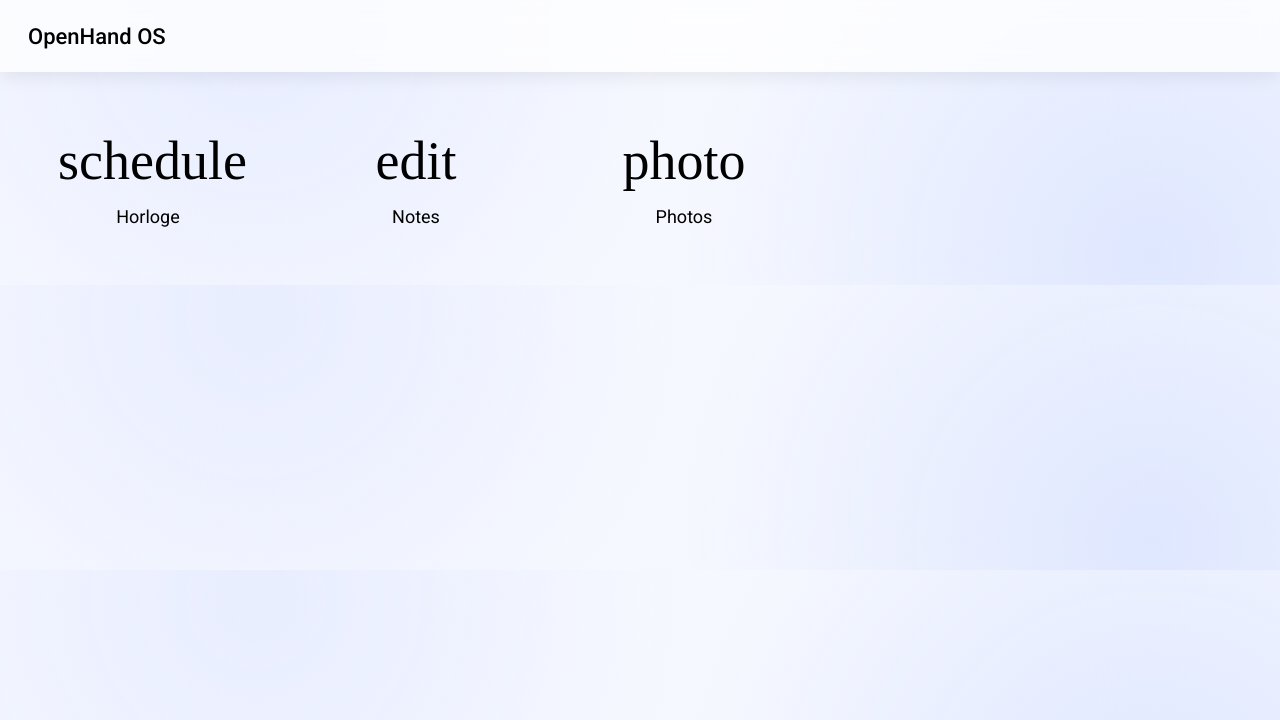
Repository: nlagardere/OpenHand
Page: index.html
An editor plug-in stored every save of this project. The page is shown before and after the next save, followed by the edit.
The browser window is 1280 px wide. The pictures show the whole page.
Some web fonts or font styles are not loaded; a fallback is used.

Above is the page before, as saved 2026-01-30 21:13:08.

### index.html
<!DOCTYPE html>
<html lang="fr">
<head>
<meta charset="UTF-8">
<title>OpenHand OS</title>

<link href="https://fonts.googleapis.com/css2?family=Roboto:wght@400;500;700&family=Material+Symbols+Rounded" rel="stylesheet">

<!-- Material Web officiel -->
<script type="importmap">
{
  "imports": {
    "@material/web/": "https://esm.run/@material/web/"
  }
}
</script>

<script type="module">
  import '@material/web/button/filled-tonal-button.js';
  import '@material/web/card/elevated-card.js';
</script>

<link rel="stylesheet" href="style.css">
</head>

<body>

<div id="topbar">
  <span>OpenHand OS</span>
</div>

<div id="desktop"></div>

<!-- Fenêtre app plein écran -->
<div id="appWindow">
  <div id="appBar">
    <md-filled-tonal-button onclick="closeApp()">
      Retour
    </md-filled-tonal-button>
  </div>

  <iframe id="appFrame"></iframe>
</div>

<script src="main.js"></script>

</body>
</html>

### style.css
body {
  margin:0;
  font-family: Roboto, sans-serif;
  background:
    radial-gradient(circle at 20% 10%, #e8edff, transparent 40%),
    radial-gradient(circle at 90% 90%, #dfe7ff, transparent 40%),
    #f6f8ff;
}

/* Top bar */

#topbar {
  height:72px;
  display:flex;
  align-items:center;
  padding:0 28px;
  font-size:22px;
  font-weight:500;
  background:rgba(255,255,255,.75);
  backdrop-filter: blur(12px);
  box-shadow:0 4px 18px rgba(0,0,0,.08);
}

/* Desktop grid */

#desktop {
  padding:28px;
  display:grid;
  grid-template-columns:repeat(auto-fill,minmax(200px,240px));
  justify-content:start;
  gap:28px;

  animation: desktopIn .5s cubic-bezier(.2,.8,.2,1);
}

@keyframes desktopIn {
  from {
    opacity:0;
    transform:translateY(20px) scale(.98);
  }
  to {
    opacity:1;
    transform:translateY(0) scale(1);
  }
}

/* Material cards wrapper */

.app-card {
  cursor:pointer;
  transition:
    transform .22s cubic-bezier(.2,.8,.2,1),
    filter .22s;
}

.app-card:hover {
  transform:translateY(-8px) scale(1.04);
  filter:brightness(1.04);
}

.app-inner {
  padding:30px;
  text-align:center;
}

.icon {
  font-family:"Material Symbols Rounded";
  font-size:54px;
  display:block;
  margin-bottom:14px;
}

/* Fenêtre app plein écran */

#appWindow {
  position:fixed;
  inset:0;
  background:white;
  display:none;
  flex-direction:column;
  z-index:999;

  border-radius:28px;
  overflow:hidden;
}

#appWindow.open {
  display:flex;
  animation: appOpen .42s cubic-bezier(.2,.9,.2,1);
}

@keyframes appOpen {
  0% {
    opacity:0;
    transform:scale(.96);
    filter:blur(8px);
  }
  100% {
    opacity:1;
    transform:scale(1);
    filter:blur(0);
  }
}

#appBar {
  padding:16px;
  background:#f3f5ff;
  box-shadow:0 2px 10px rgba(0,0,0,.06);
}

iframe {
  flex:1;
  border:none;
}

### main.js
const apps = [
  {name:"Horloge", icon:"schedule", url:"apps/clock.html"},
  {name:"Notes", icon:"edit", url:"apps/notes.html"},
  {name:"Photos", icon:"photo", url:"apps/photos.html"}
];

const desktop = document.getElementById("desktop");

apps.forEach(app => {

  const card = document.createElement("md-elevated-card");
  card.className = "app-card";

  card.innerHTML = `
    <div class="app-inner">
      <span class="icon">${app.icon}</span>
      <div style="margin-top:12px;font-size:18px">${app.name}</div>
    </div>
  `;

  card.onclick = () => openApp(app.url);
  desktop.appendChild(card);
});

function openApp(url){
  document.getElementById("appFrame").src = url;
  document.getElementById("appWindow").classList.add("open");
}

function closeApp(){
  document.getElementById("appWindow").classList.remove("open");
}

After the next save:
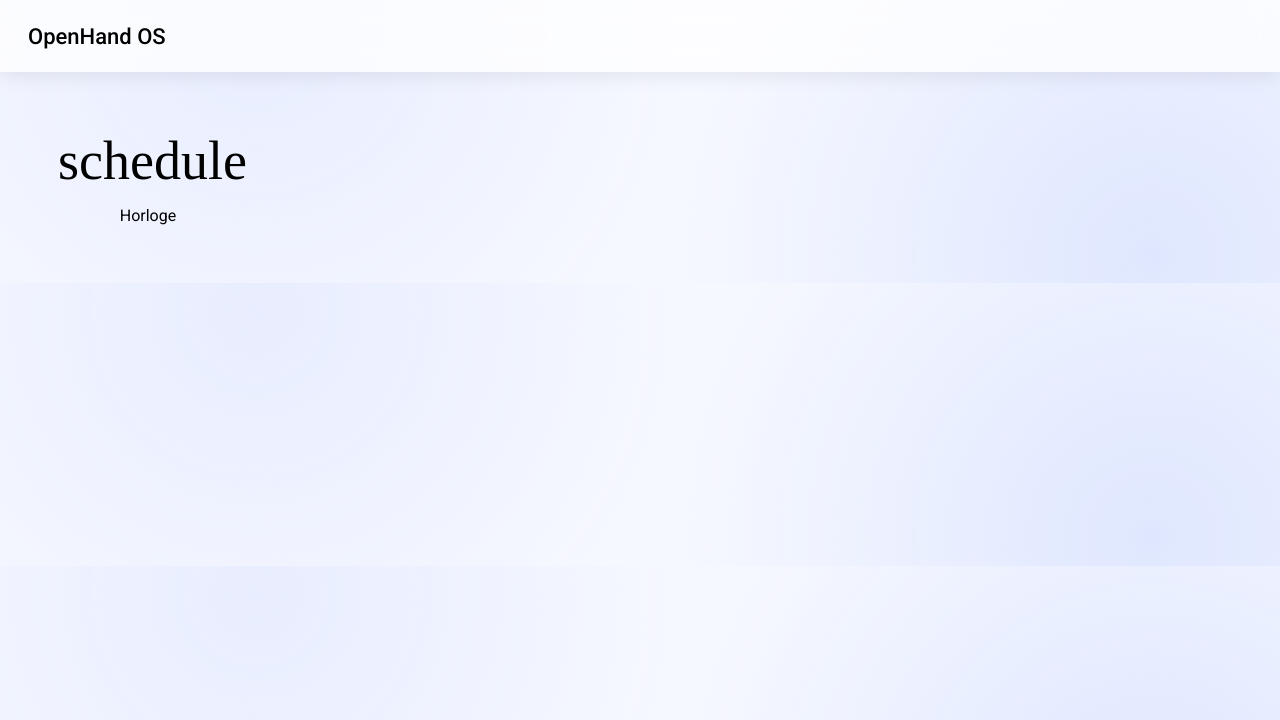
Saved 7 s later.
--- a/main.js
+++ b/main.js
@@ -1,7 +1,9 @@
 const apps = [
-  {name:"Horloge", icon:"schedule", url:"apps/clock.html"},
-  {name:"Notes", icon:"edit", url:"apps/notes.html"},
-  {name:"Photos", icon:"photo", url:"apps/photos.html"}
+  {
+    name: "Horloge",
+    icon: "schedule",
+    url: "apps/clock.html"
+  }
 ];
 
 const desktop = document.getElementById("desktop");
@@ -14,11 +16,12 @@ apps.forEach(app => {
   card.innerHTML = `
     <div class="app-inner">
       <span class="icon">${app.icon}</span>
-      <div style="margin-top:12px;font-size:18px">${app.name}</div>
+      <div>${app.name}</div>
     </div>
   `;
 
   card.onclick = () => openApp(app.url);
+
   desktop.appendChild(card);
 });
 
